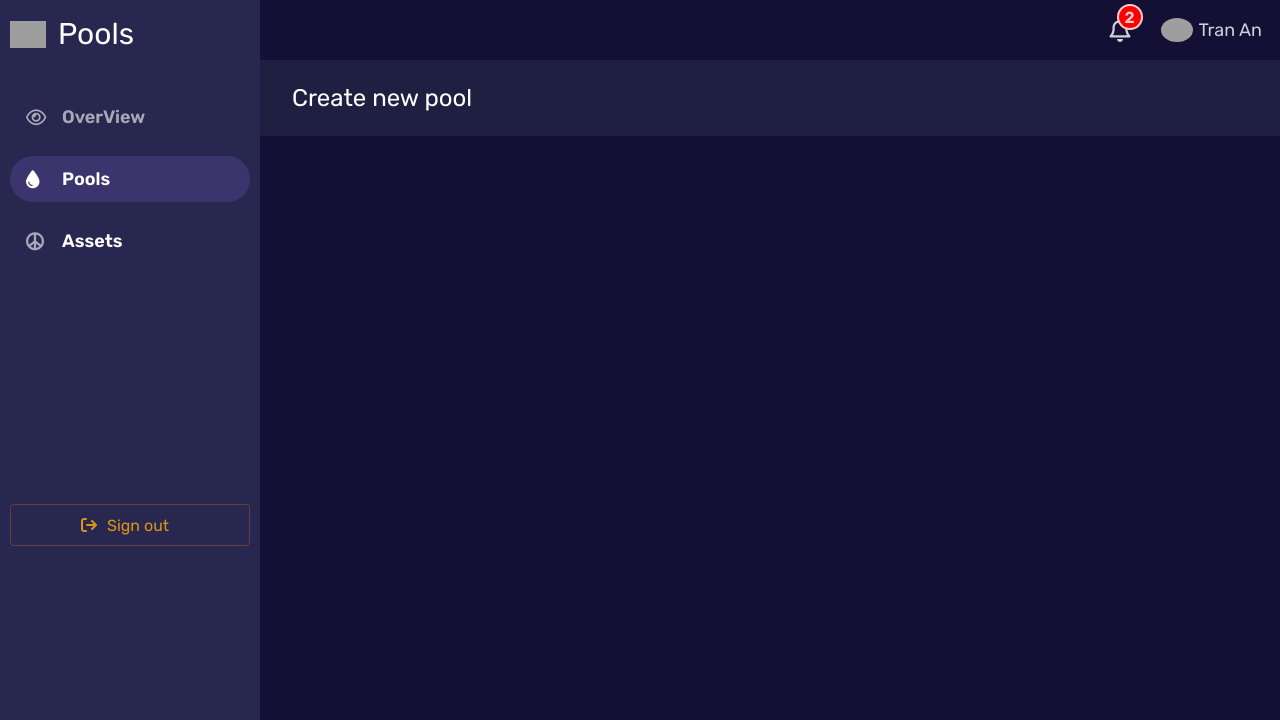
Repository: quynh232000/pools
Page: pool/create-pool.html
The author's editor kept a copy of each file at every save. The page is drawn from the files as they stood at one save, then again after the next save.
The browser window is 1280 px wide. The pictures show the whole page.
Pictures or frames that could not be fetched are drawn as grey boxes.

Above is the page before, as saved 2023-07-13 23:33:35.

### pool/create-pool.html
<!DOCTYPE html>
<html lang="en">
  <head>
    <meta charset="UTF-8" />
    <meta name="viewport" content="width=device-width, initial-scale=1.0" />
    <title>Document</title>

    <link rel="stylesheet" href="../src/css/base.css" />
    <link rel="stylesheet" href="../src/css/style.css" />
    <link rel="stylesheet" href="../src/css/pool.css" />
    <link rel="stylesheet" href="../src/css/create-pool.css" />
    <link
      rel="stylesheet"
      href="https://cdnjs.cloudflare.com/ajax/libs/font-awesome/6.4.0/css/all.min.css"
      integrity="sha512-iecdLmaskl7CVkqkXNQ/ZH/XLlvWZOJyj7Yy7tcenmpD1ypASozpmT/E0iPtmFIB46ZmdtAc9eNBvH0H/ZpiBw=="
      crossorigin="anonymous"
      referrerpolicy="no-referrer"
    />
  </head>
  <body>
    <div class="container">
      <div class="sidebar">
        <div class="sidebar-logo">
          <img src="https://sef-eco.vercel.app/assets/images/logo.png" alt="" />
          <span>Pools</span>
        </div>
        <div class="sidebar-items">
          <div class="sidebar-list">
            <div class="sidebar-item">
              <i class="fa-regular fa-eye"></i>
              <div class="sidebar-item-name">OverView</div>
            </div>
            <div class="sidebar-item sidebar-item-active">
              <i class="fa-solid fa-droplet"></i>
              <a href="/pool.html" class="sidebar-item-name">Pools</a>
            </div>
            <div class="sidebar-item">
              <i class="fa-solid fa-peace"></i>
              <a href="/index.html" class="sidebar-item-name">Assets</a>
            </div>
          </div>

          <div class="sidebar-sign-out">
            <i class="fa-solid fa-arrow-right-from-bracket"></i>
            <div class="sidebar-item-name">Sign out</div>
          </div>
        </div>
      </div>
      <div class="content">
        <div class="header">
          <div class="header-noti">
            <i class="fa-regular fa-bell"></i>
            <div class="header-noti-count">2</div>
          </div>
          <div class="header-user">
            <img
              src="https://static.vecteezy.com/system/resources/previews/002/002/257/original/beautiful-woman-avatar-character-icon-free-vector.jpg"
              alt=""
            />
            <div class="header-user-name">Tran An</div>
          </div>
        </div>
        <!-- body -->
        <div class="content-title">Create new pool</div>
        <div class="create-body"></div>
      </div>
    </div>
  </body>
</html>

### src/css/base.css
@import url('https://fonts.googleapis.com/css2?family=Rubik:wght@300;400;500;600;700&display=swap');
 :root{
    --primary-color:#fff;
    --text-color:#fff;
    --bg-color:#140f34;
    --bg-item-color:#282750;

 }
*{
    box-sizing: inherit;
}
html,body{
    box-sizing: border-box;
    margin: 0;
    padding: 0;
    font-family: 'Rubik', sans-serif;
    color: var(--text-color);
}
a{
    color: white;
    text-decoration: none;
}

### src/css/style.css
.container{
    width: 100%;
    min-height: 100vh;
    background-color: var(--bg-color);
    display: flex;
}
.sidebar{
    width: 20%;
    min-width: 260px;
    max-width: 400px;
    display: flex;
    flex-direction: column;
    min-height: 100vh;
    background-color: var(--bg-item-color);
}
.sidebar-logo{
    display: flex;
    width: 100%;
    align-items: center;
    padding: 16px 10px;
}
.sidebar-logo img{
    width: 15%;
}
.sidebar-logo span{
    font-size: 30px;
    color: var(--primary-color);
    margin-left: 12px;

}
.sidebar-items{
    padding: 26px 10px;
    display: flex;
    flex-direction: column;
    justify-content: space-between;
    min-height: 70vh;
}
.sidebar-list{

}
.sidebar-item{
    font-size: 18px;
    display: flex;
    align-items: center;
    padding: 12px 16px;
    border-radius: 40px;
    color: rgb(255 255 255/.6);
    margin-bottom: 16px;
    font-weight: 600;
    transition: color .3s;
}
.sidebar-item:hover{
    cursor: pointer;
    color: rgb(255 255 255/.8);
}
.sidebar-item-active{
    background-color:#3c356d ;
    color: var(--text-color);
}
.sidebar-item i{
    min-width: 36px;
}
.sidebar-sign-out{
    display: flex;
    align-items: center;
    color: rgb(218, 149, 23);
    text-align: center;
    border: 1px solid rgba(202, 98, 12,.4);
    justify-content: center;
    padding-right: 10px;
    border-radius: 4px;
    transition: color border .3s;
}
.sidebar-sign-out:hover{
    cursor: pointer;
    color: rgb(253, 166, 5);
    border: 1px solid rgba(202, 98, 12,.5);
}
.sidebar-sign-out i{
    margin-right: 10px;
    padding: 12px 0;
}

.content{
    width: 85%;
    min-height: 100vh;
    /* background-color: var(--bg-color); */
}
.header{
    display: flex;
    justify-content: flex-end;
    padding: 18px;
    color: rgb(255 255 255/.8);
    align-items: center;
}
.header-user{
    display: flex;
    align-items: center;
    font-size: 18px;

}
.header-user img {
    width: 32px;
    border-radius: 50%;
    margin-right: 6px;
}
.header-noti{
    display: flex;
    margin-right: 30px;
    font-size: 20px;
    position: relative;
    font-size: 24px;
}
.header-noti-count{
    width: 26px;
    height: 26px;
    position: absolute;
    top: -14px;
    left: 7px;
    border: 2px solid  rgb(255 255 255/.8);
    text-align: center;
    border-radius: 50%;
    font-size: 16px;
    display: flex;
    align-items: center;
    justify-content: center;
    background-color: var(--bg-color);
    background-color: red;
    font-weight: 600;

}
.content-title{
    background-color: #1f1f42;
    padding: 24px 32px;
    font-size: 24px;
}
.content-list{
    display: flex;
    flex-direction: column;
    align-items: center;
    padding: 0 40px;
}
.content-list-body{
    width: 100%;
    margin-top: 20px;

}
.content-nav{
    width: 100%;
    display: flex;
    justify-content: space-between;
    padding: 12px 26px;
    margin: 10px 0;
    transition: background-color .2s ;
}
.content-nav:hover{
    background-color: #2d2d44;
}
.nav-left{
    width: 50%;
    display: flex;
    align-items: center;
    justify-content: space-between;
    font-size: 22px;

}
.nav-left-info{
    display: flex;
    align-items: center;
}
.nav-left-info img{
    width: 32px;
    margin-right: 8px;
}
.nav-left-name{
    font-size: 22px;
}
.nav-left-balance{
    display: flex;
    flex-direction: column;
    align-items: center;
    flex: 1;
}
.nav-left-balance span:nth-child(2){
    font-size: 20px;
    color: #a8a8a8;
}


.nav-right{
    width: 40%;
    display: flex;
    justify-content: space-between;
    align-items: center;
    color: #b3b1fd;
}
.nav-right span{
    transition: color .3s;
}
.nav-right span i{
    font-size: 16px !important;
    margin-left: 4px;
}
.nav-right span:hover{
    color:#f8c2b0;
    cursor: pointer;
}
.nav-text{
    color: #b3b1fd;
    font-size: 20px;
}
.nav-right .nav-tex:hover{
    color: #b3b1fd !important;
    cursor: no-drop;
}

### src/css/pool.css
.p-content-body{
    width: 100%;
    display: flex;
    flex-wrap: wrap;
    padding: 20px 10px;
}
.content-item-wrapper{
    width: 33.333%;
    padding: 10px ;
}
.p-content-item{
    border-radius: 6px;
    background-color: var(--bg-item-color);
    padding: 14px;
    transition: background-color .3s ease;
}
.p-content-item:hover{
    background-color: #2e2e60;
}
.p-content-item-top{
    display: flex;
    align-items:flex-start;

}
.p-content-item-img{
    margin-right: 6px;
}
.p-content-item-top-info{
    display: flex;
    flex-direction: column;
}
.p-content-item-top-info span{
    padding-top: 4px;
}
.p-content-item-top-info p{
    margin: 4px 0 10px 0;
    color: #a7a3a3;
}
.p-content-item-bottom{
    display: flex;
}
.p-item-type{
    margin-right: 10px;
    padding: 0 8px;
    text-align: center;
}
.p-item-type:first-child{
    border-right: 1px solid gray;
    padding-right: 16px;
}
.p-item-type span{
    font-size: 14px;
    color: #a7a3a3;
    /* font-weight: 600; */
}
.p-item-type p{
    margin: 0;
}
.add-pool{
    display: flex;
    flex-direction: column;
    align-items: center;
    font-size: 20px;
    min-height: 122px;
    justify-content: center;
}
.add-pool i{
    font-size: 26px;
    margin-bottom: 6px;
}

Loaded but not shown: src/css/create-pool.css (no stored copy; drawn as an empty file)

After the next save:
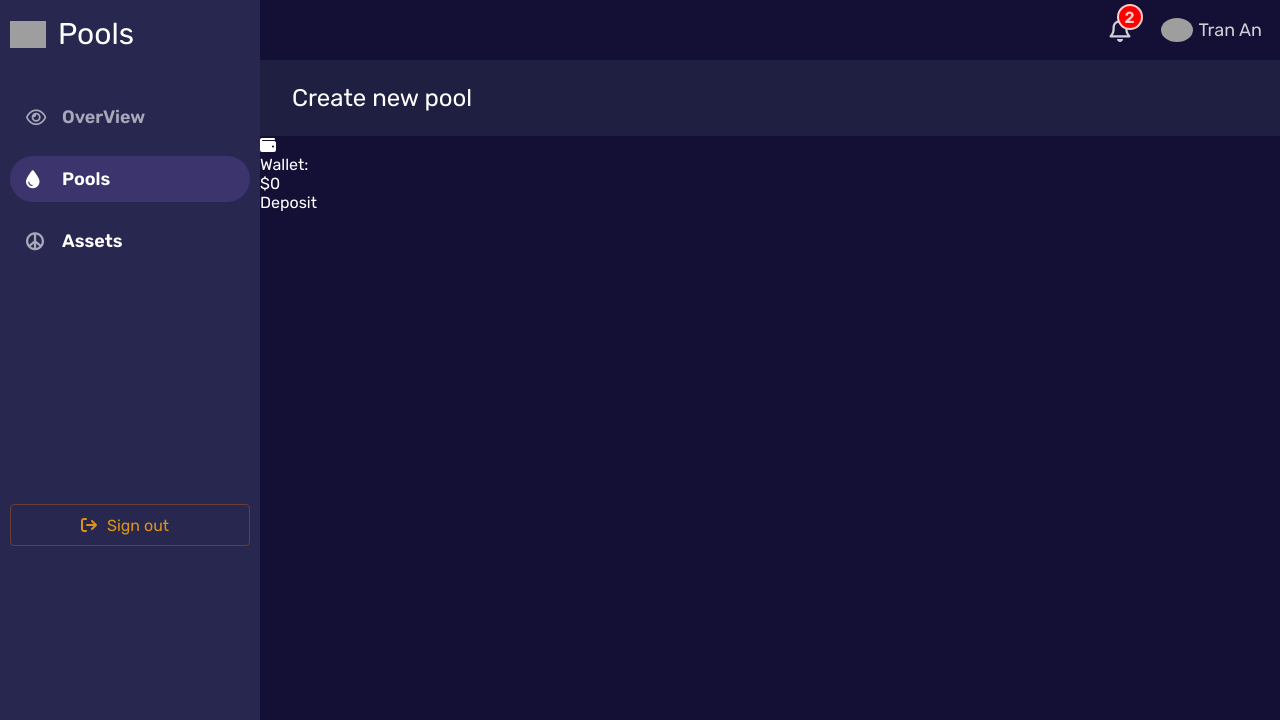
Saved 16 min 12 s later.
--- a/pool/create-pool.html
+++ b/pool/create-pool.html
@@ -62,7 +62,14 @@
         </div>
         <!-- body -->
         <div class="content-title">Create new pool</div>
-        <div class="create-body"></div>
+        <div class="create-body">
+          <div class="create-wallet">
+            <i class="fa-solid fa-wallet"></i>
+            <div class="create-wallet-title">Wallet:</div>
+            <span>$0</span>
+            <div class="create-btn">Deposit</div>
+          </div>
+        </div>
       </div>
     </div>
   </body>
